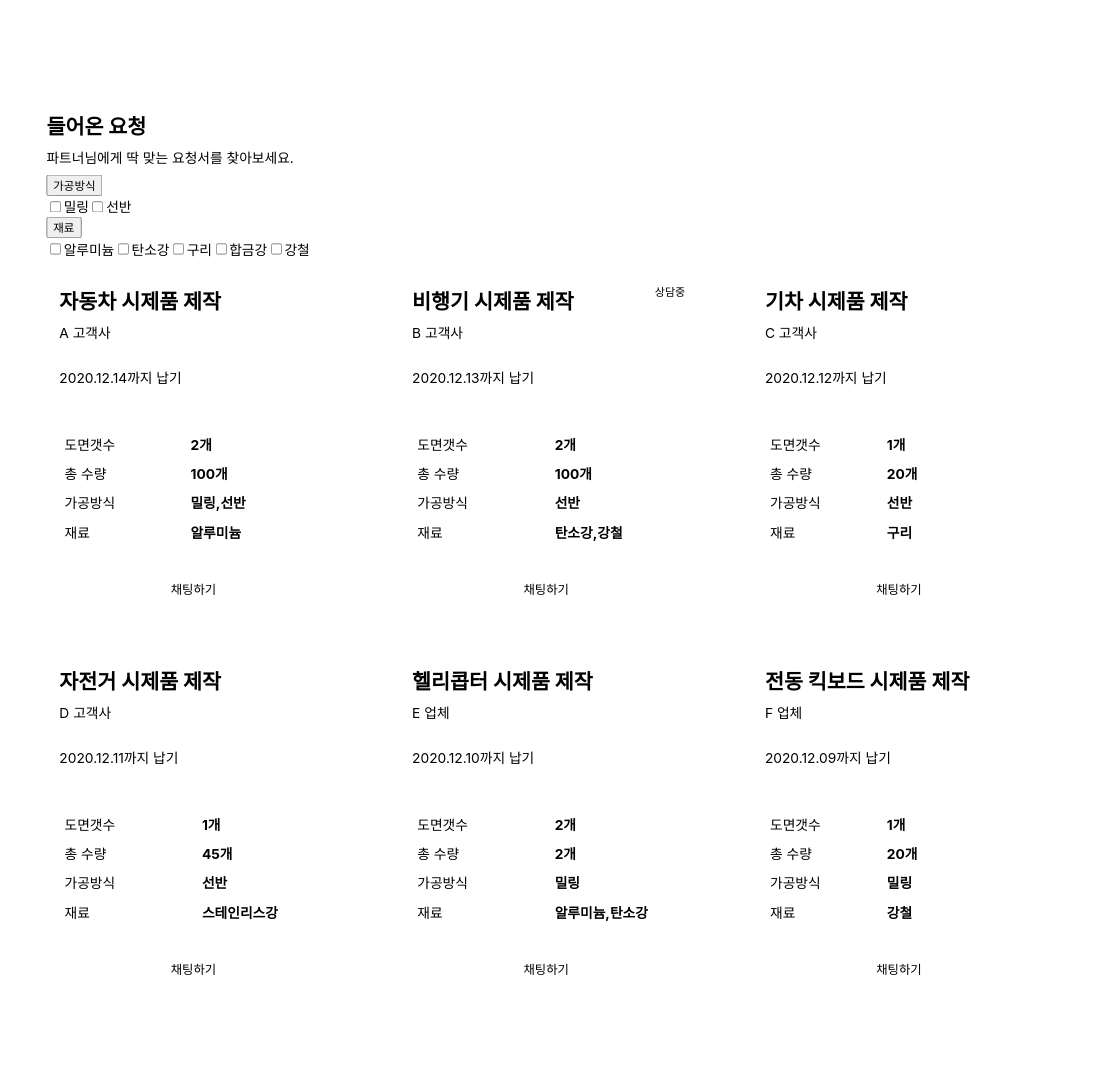
Repository: seoulsaram/capa
Page: /
These files come from the project's save history. The page is drawn as it stood at one moment and after the next save; the edit follows.
The browser window is 1280 px wide. The pictures show the whole page, at 86% of full size.
The project was rebuilt for these pictures with package versions that can differ from the ones it lists, and the page was loaded fresh each time. Requests to the local data server were answered from the project's data file. Also part of the build but not shown: src/App.css, src/components/filter/filter.module.css.

Above is the page before, as saved 2021-03-06 23:59:02.

After the next save:
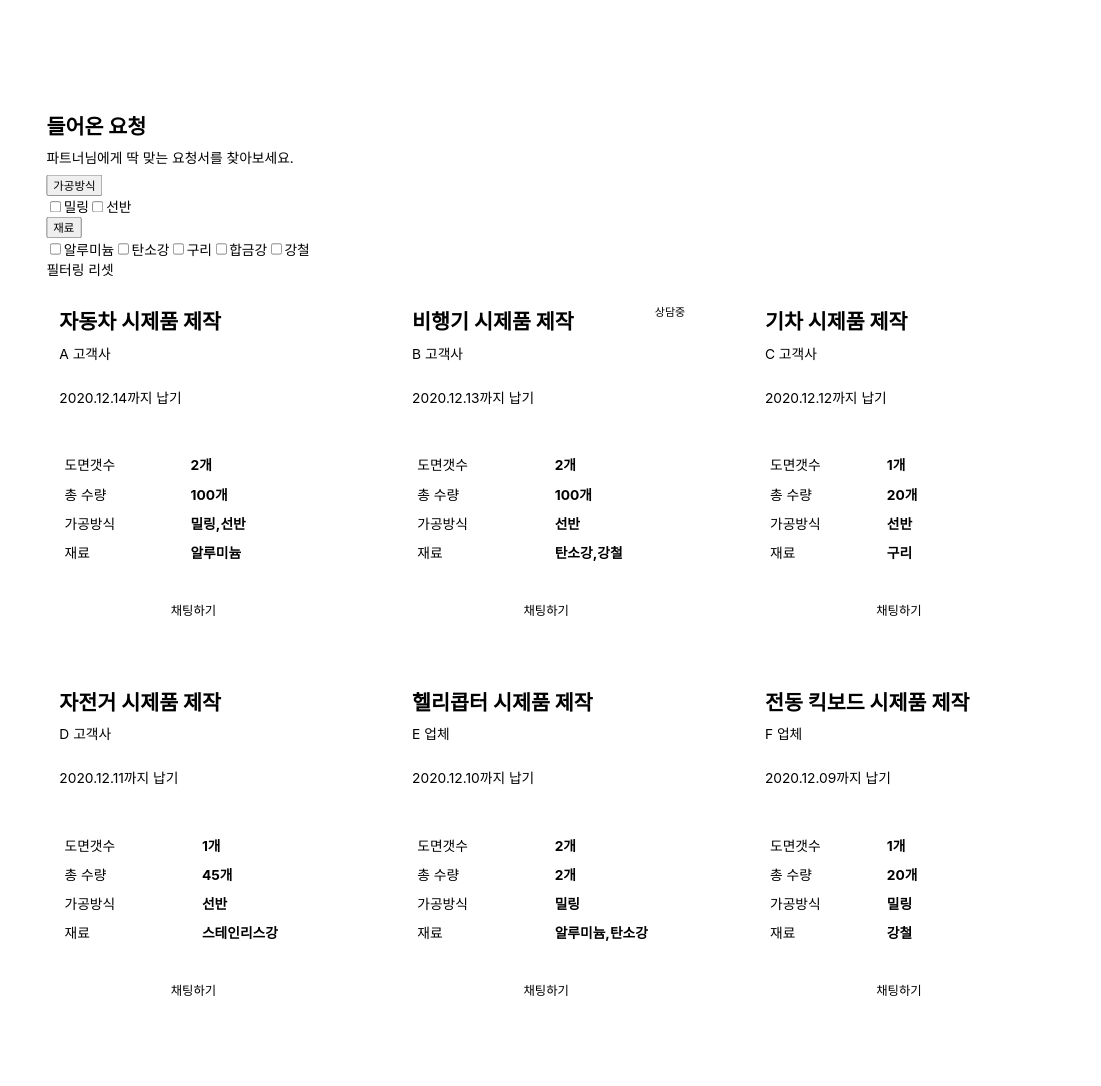
Saved 3 min 30 s later.
--- a/src/components/filter/filter.jsx
+++ b/src/components/filter/filter.jsx
@@ -11,7 +11,9 @@ const Filter = ({ reqInfo }) => {
       {/* 1. 값이 든 배열 만들기
       2. 온클릭 이벤트를 만들기
       3. 이벤트에 두 가지 값을 동시에 필터링하는 로직 넣기 */}
-      <button className={styles.filterBtn}>가공방식</button>
+      <button className={styles.filterBtn}>
+        가공방식<i className="fas fa-sort-down"></i>
+      </button>
       <div className={styles.filter}>
         <div className={styles.method}>
           {method.map((methods) => (
@@ -23,7 +25,9 @@ const Filter = ({ reqInfo }) => {
         </div>
       </div>
       {/* 재료 */}
-      <button className={styles.filterBtn}>재료</button>
+      <button className={styles.filterBtn}>
+        재료<i className="fas fa-sort-down"></i>
+      </button>
       <div className={styles.filter}>
         <div className={styles.material}>
           {material.map((materials) => (
@@ -34,7 +38,9 @@ const Filter = ({ reqInfo }) => {
           ))}
         </div>
       </div>
-      <div></div>
+      <div className={styles.reset}>
+        <i className="fas fa-redo-alt"></i>필터링 리셋
+      </div>
       <div></div>
     </section>
   );
